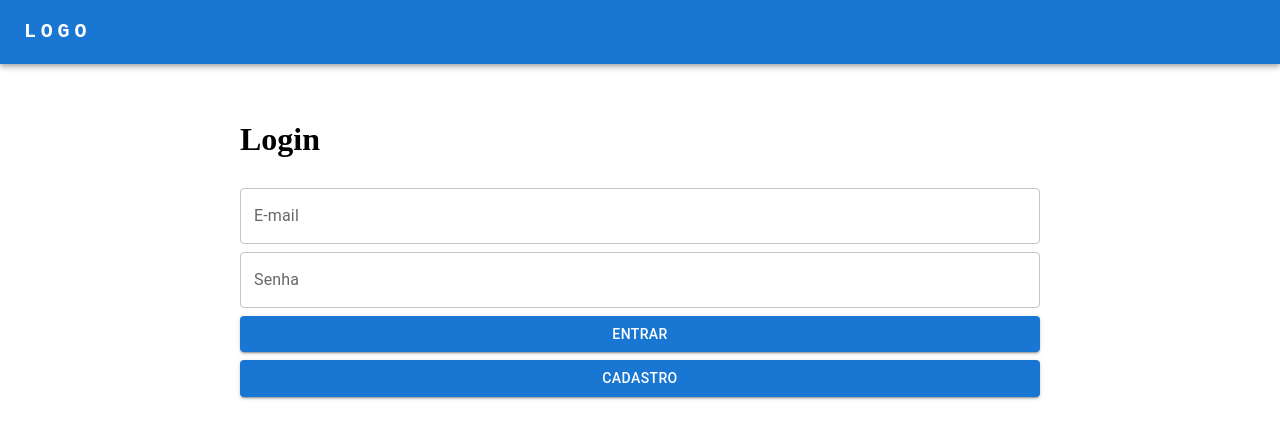
Repository: GabrielLeao02/sistema-react
Page: /register
These files come from the project's save history. The page is drawn as it stood at one moment and after the next save; the edit follows.
The browser window is 1280 px wide. The pictures show the whole page.
The project was rebuilt for these pictures with package versions that can differ from the ones it lists, and the page was loaded fresh each time. Also part of the build but not shown: src/presenter/home/home.tsx, src/presenter/form/formUser.tsx.

Above is the page before, as saved 2023-07-25 09:39:23.

### index.html
<!DOCTYPE html>
<html lang="en">
  <head>
    <meta charset="UTF-8" />
    <link rel="icon" type="image/svg+xml" href="/vite.svg" />
    <meta name="viewport" content="width=device-width, initial-scale=1.0" />
    <title>Vite + React + TS</title>
    <style>
      html, body{
        margin: 0;
        padding: 0;
        box-sizing: border-box;
      }
    </style>
  </head>
  <body>
    <div id="root"></div>
    <script type="module" src="/src/main.tsx"></script>
  </body>
</html>

### src/App.tsx

import { Routes, Route, BrowserRouter } from 'react-router-dom';
import Home from './presenter/home/home';
import Register from './presenter/register/register';
import NavBar from './presenter/navBar/navBar';
import ContainerGlobal from './presenter/containerGlobal/containerGlobal';
import styled from 'styled-components';
const ContainerStyled = styled.div`
  box-sizing: border-box;
  display: flex;
  justify-content: center;
  flex-direction: column;
  align-items: start;
  margin-top: 80px;
  width: 80%;
  max-width: 800px;
`;
function App() {
	return (
		<>
			<NavBar />
			<ContainerGlobal>
				<ContainerStyled>
					<BrowserRouter>
						<Routes>
							<Route path='/' element={<Register />} />
							<Route path='/home' element={<Home />} />
							<Route path='/register' element={<Register />} />
						</Routes>
					</BrowserRouter>
				</ContainerStyled>
			</ContainerGlobal>
		</>
	);
}

export default App;

### src/presenter/register/register.tsx
import { useState } from 'react';
import FormUser from "../form/formUser";
import FormLogin from "../form/formLogin";

function Register() {
    const [mostrarBotao, setMostrarBotao] = useState(false);

    return (
        <>
            {mostrarBotao ? <FormUser setMostrarBotao={setMostrarBotao} /> : <FormLogin setMostrarBotao={setMostrarBotao} />}
        </>
    );
}

export default Register;

### src/presenter/navBar/navBar.tsx
import * as React from 'react';
import AppBar from '@mui/material/AppBar';
import Box from '@mui/material/Box';
import Toolbar from '@mui/material/Toolbar';
import IconButton from '@mui/material/IconButton';
import Typography from '@mui/material/Typography';
import Menu from '@mui/material/Menu';
import MenuIcon from '@mui/icons-material/Menu';
import Container from '@mui/material/Container';
import Avatar from '@mui/material/Avatar';
import Button from '@mui/material/Button';
import Tooltip from '@mui/material/Tooltip';
import MenuItem from '@mui/material/MenuItem';
import { styled } from "styled-components";

const NavBarStyled = styled.div`
  box-sizing: border-box;
  position: absolute;
  top: 0;
  width: 100%;
  display: flex;
  border: non;
  justify-content: space-between;
  align-items: center;
`;

const pages = ['register', 'Pricing', 'Blog'];
const settings = ['Profile', 'Account', 'Dashboard', 'Logout'];

const NavBar: React.VFC = () => {
    const [anchorElNav, setAnchorElNav] = React.useState<null | HTMLElement>(null);
    const [anchorElUser, setAnchorElUser] = React.useState<null | HTMLElement>(null);

    const handleOpenNavMenu = (event: React.MouseEvent<HTMLElement>) => {
        setAnchorElNav(event.currentTarget);
    };
    const handleOpenUserMenu = (event: React.MouseEvent<HTMLElement>) => {
        setAnchorElUser(event.currentTarget);
    };

    const handleCloseNavMenu = (event: string) => {
        window.location.href = "/" + event;
    };

    const handleCloseUserMenu = () => {
        setAnchorElUser(null);
    };

    return (
        <NavBarStyled>
            <AppBar position="static">
                <Container maxWidth="xl">
                    <Toolbar disableGutters>
                        <Typography
                            variant="h6"
                            noWrap
                            component="a"
                            href="/home"
                            sx={{
                                fontFamily: 'monospace',
                                fontWeight: 700,
                                letterSpacing: '.3rem',
                                color: 'inherit',
                                textDecoration: 'none',
                            }}
                        >
                            LOGO
                        </Typography>

                        {/* <Box sx={{ flexGrow: 1, display: { xs: 'flex', md: 'none' } }}>
                            <IconButton
                                size="large"
                                aria-label="account of current user"
                                aria-controls="menu-appbar"
                                aria-haspopup="true"
                                onClick={handleOpenNavMenu}
                                color="inherit"
                            >
                                <MenuIcon />
                            </IconButton>
                            <Menu
                                id="menu-appbar"
                                anchorEl={anchorElNav}
                                anchorOrigin={{
                                    vertical: 'bottom',
                                    horizontal: 'left',
                                }}
                                keepMounted
                                transformOrigin={{
                                    vertical: 'top',
                                    horizontal: 'left',
                                }}
                                open={Boolean(anchorElNav)}
                                onClose={handleCloseNavMenu}
                                sx={{
                                    display: { xs: 'block', md: 'none' },
                                }}
                            >
                                {pages.map((page) => (
                                    <MenuItem key={page} onClick={() => handleCloseNavMenu(page)}>
                                        <Typography textAlign="center">{page}</Typography>
                                    </MenuItem>
                                ))}
                            </Menu>
                        </Box>

                        <Box sx={{ flexGrow: 1, display: { xs: 'none', md: 'flex' } }}>
                            {pages.map((page) => (
                                <Button
                                    key={page}
                                    onClick={() => handleCloseNavMenu(page)}
                                    sx={{ my: 2, color: 'white', display: 'block' }}
                                >
                                    {page}
                                </Button>
                            ))}
                        </Box> */}

                        {/* <Box sx={{ flexGrow: 0 }}>
                            <Tooltip title="Open settings">
                                <IconButton onClick={handleOpenUserMenu} sx={{ p: 0 }}>
                                    <Avatar alt="Remy Sharp" src="/static/images/avatar/2.jpg" />
                                </IconButton>
                            </Tooltip>
                            <Menu
                                sx={{ mt: '45px' }}
                                id="menu-appbar"
                                anchorEl={anchorElUser}
                                anchorOrigin={{
                                    vertical: 'top',
                                    horizontal: 'right',
                                }}
                                keepMounted
                                transformOrigin={{
                                    vertical: 'top',
                                    horizontal: 'right',
                                }}
                                open={Boolean(anchorElUser)}
                                onClose={handleCloseUserMenu}
                            >
                                {settings.map((setting) => (
                                    <MenuItem key={setting} onClick={handleCloseUserMenu}>
                                        <Typography textAlign="center">{setting}</Typography>
                                    </MenuItem>
                                ))}
                            </Menu>
                        </Box> */}
                    </Toolbar>
                </Container>
            </AppBar>
        </NavBarStyled>
    );
};

export default NavBar;

### src/presenter/containerGlobal/containerGlobal.tsx
import styled from "styled-components";

const ContainerGlobal = styled.div`
    padding: 20px;
    box-sizing: border-box;
    width: 100%;
    display: flex;
    justify-content: center;

`
export default ContainerGlobal

### src/presenter/form/formLogin.tsx
import React, { useState } from "react";
import Button from "@mui/material/Button";
import TextField from "@mui/material/TextField";
import styled from "styled-components";
import { SelectChangeEvent } from '@mui/material/Select';
import bcrypt from 'bcryptjs';
const FormStyled = styled.div`
  box-sizing: border-box;
  display: flex;
  flex-direction: column;
  width: 100%;
  gap: 8px;
`;
type FormLoginProps = {
    setMostrarBotao: (value: boolean) => void;
};


function FormLogin({ setMostrarBotao }: FormLoginProps) {
    const [usuario_email_error, setUsuarioEmailError] = useState(false);
    const [emailErrorText, setEmailErrorText] = useState("");


    const [formData, setFormData] = useState({

        usuario_email: "",
        usuario_senha: ""

    });

    const handleChange = (e: SelectChangeEvent<string[]> | React.ChangeEvent<{ name: string; value: unknown }>) => {
        const { name, value } = e.target as HTMLInputElement;
        setFormData((prevData) => ({ ...prevData, [name]: value }));
    };

    const isEmailValid = (email: string) => {
        // Expressão regular para validar o email
        const emailRegex = /^[^\s@]+@[^\s@]+\.[^\s@]+$/;
        return emailRegex.test(email);
    };

    const login = () => {
        // Lógica do login

        // Após o login ser realizado com sucesso, chame a função setMostrarBotao
        setMostrarBotao(true);
    };

    const handleSubmit = async () => {
        try {
            const { usuario_email, usuario_senha } = formData;

            if (!isEmailValid(usuario_email)) {
                setUsuarioEmailError(true)
                setEmailErrorText("Insira um email valido!")
                return;
            } else {
                setUsuarioEmailError(false)
                setEmailErrorText("")
            }

            const saltRounds = 10;
            const hashedPassword = await bcrypt.hash(usuario_senha, saltRounds);
            formData.usuario_senha = hashedPassword;
            const response = await fetch("http://localhost:5000/salvarusuario", {
                method: "POST",
                headers: {
                    "Content-Type": "application/json",
                },
                body: JSON.stringify(formData),
            });

            if (!response.ok) {
                throw new Error("Erro ao salvar os dados do formulário");
            }


            setFormData({
                usuario_email: "",
                usuario_senha: ""
            });
        } catch (error) {
            console.error(error);
        }
    };

    return (
        <>

            <FormStyled>
                <h1>Login</h1>
                <TextField
                    id="usuario_email"
                    name="usuario_email"
                    error={usuario_email_error}
                    label="E-mail"
                    type="email"
                    variant="outlined"
                    value={formData.usuario_email}
                    onChange={handleChange}
                    helperText={emailErrorText}
                />                    <TextField
                    id="usuario_senha"
                    name="usuario_senha"
                    error={usuario_email_error}
                    label="Senha"
                    type="password"
                    variant="outlined"
                    value={formData.usuario_senha}
                    onChange={handleChange}
                    helperText={emailErrorText}
                />

                <Button variant="contained" onClick={handleSubmit}>
                    Entrar
                </Button>
                <Button variant="contained" onClick={login}>Cadastro</Button>
            </FormStyled>

        </>
    );
}

export default FormLogin;

### src/presenter/containerGlobal/containerStyled.tsx
import styled from "styled-components";

const ContainerStyled = styled.div`
  box-sizing: border-box;
  display: flex;
  justify-content: center;
  flex-direction: column;
  align-items: start;
  margin-top: 80px;
  width: 80%;
  max-width: 800px;
  background: rgba( 255, 255, 255, 0.75 );
  box-shadow: 0 8px 32px 0 rgba( 31, 38, 135, 0.37 );
  /* backdrop-filter: blur( 13.5px ); */
  -webkit-backdrop-filter: blur( 13.5px );
  border-radius: 10px;
  border: 1px solid rgba( 255, 255, 255, 0.18 );
  padding: 20px;
`;
export default ContainerStyled

Loaded but not shown: src/main.tsx (common file)

After the next save:
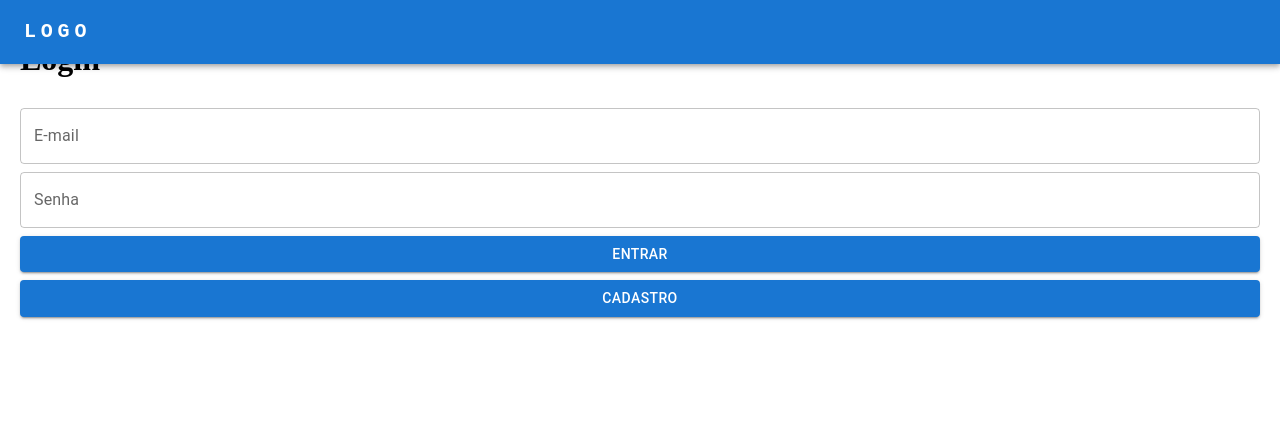
Saved 3 min 41 s later.
--- a/src/App.tsx
+++ b/src/App.tsx
@@ -4,31 +4,22 @@ import Home from './presenter/home/home';
 import Register from './presenter/register/register';
 import NavBar from './presenter/navBar/navBar';
 import ContainerGlobal from './presenter/containerGlobal/containerGlobal';
-import styled from 'styled-components';
-const ContainerStyled = styled.div`
-  box-sizing: border-box;
-  display: flex;
-  justify-content: center;
-  flex-direction: column;
-  align-items: start;
-  margin-top: 80px;
-  width: 80%;
-  max-width: 800px;
-`;
+import ContainerStyled from './presenter/containerGlobal/containerStyled';
+
 function App() {
 	return (
 		<>
 			<NavBar />
 			<ContainerGlobal>
-				<ContainerStyled>
+
 					<BrowserRouter>
 						<Routes>
 							<Route path='/' element={<Register />} />
-							<Route path='/home' element={<Home />} />
+							<Route path='/home' element={<ContainerStyled><Home /></ContainerStyled>} />
 							<Route path='/register' element={<Register />} />
 						</Routes>
 					</BrowserRouter>
-				</ContainerStyled>
+
 			</ContainerGlobal>
 		</>
 	);
--- a/src/presenter/containerGlobal/containerStyled.tsx
+++ b/src/presenter/containerGlobal/containerStyled.tsx
@@ -11,7 +11,7 @@ const ContainerStyled = styled.div`
   max-width: 800px;
   background: rgba( 255, 255, 255, 0.75 );
   box-shadow: 0 8px 32px 0 rgba( 31, 38, 135, 0.37 );
-  /* backdrop-filter: blur( 13.5px ); */
+  backdrop-filter: blur( 13.5px );
   -webkit-backdrop-filter: blur( 13.5px );
   border-radius: 10px;
   border: 1px solid rgba( 255, 255, 255, 0.18 );
